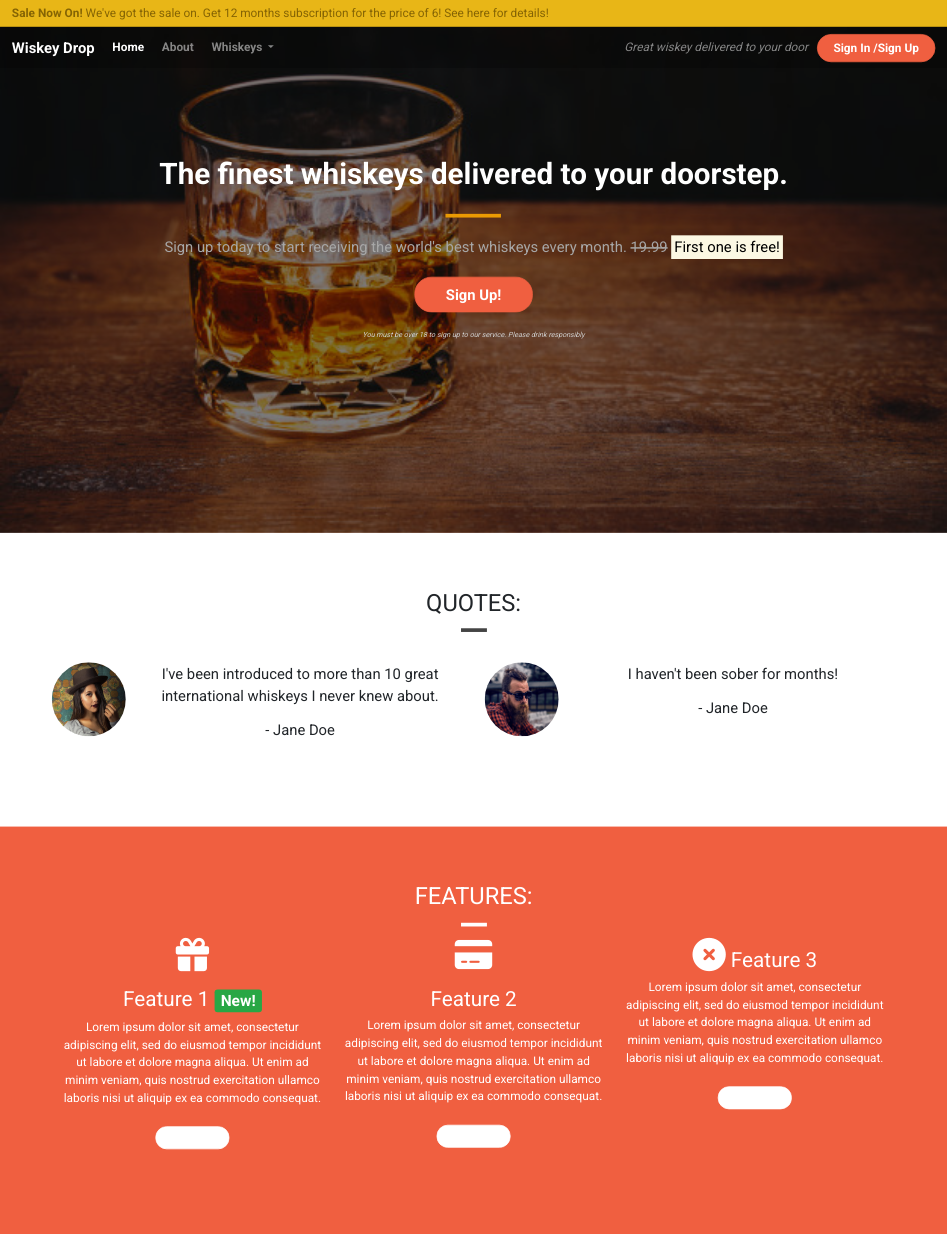
Repository: manub7/bootstrap4-mobile-first
Page: index.html
The author's editor kept a record of every edit. The page is drawn from the files as they stood at one moment, then again after the next edit.
The browser window is 1280 px wide. The pictures show the whole page, at 74% of full size.
Backgrounds fixed to the window are drawn as part of the page. Some web libraries are served in a nearby version.

Above is the page before.

### index.html
<!DOCTYPE html>
<html lang="en-us">

<head>
    <meta charset="utf-8">
    <meta name="viewport" content="width=device-width, initial-scale=1.0">
    <title>Whiskey Drop | Taste a new whiskey every month</title>
    <link rel="stylesheet" href="https://maxcdn.bootstrapcdn.com/bootstrap/4.1.3/css/bootstrap.min.css">
    <link rel="stylesheet" href="https://stackpath.bootstrapcdn.com/bootstrap/4.4.1/css/bootstrap.min.css" integrity="sha384-Vkoo8x4CGsO3+Hhxv8T/Q5PaXtkKtu6ug5TOeNV6gBiFeWPGFN9MuhOf23Q9Ifjh" crossorigin="anonymous">
    <script src="https://kit.fontawesome.com/0c0aa31012.js" crossorigin="anonymous"></script>
    <link href="https://fonts.googleapis.com/css?family=Roboto:400,700&display=swap" rel="stylesheet">
    <link rel="stylesheet" href="css/style.css" type="text/css" />
</head>

<body>
    <div class="container-fluid navalert-container">

        <div class="container-fluid alert-container">
            <div class=" row d-none d-sm-block">
                <div class="col-12">
                    <div class="site-wide-alert alert alert-warning">
                        <strong>Sale Now On!</strong> We've got the sale on. Get 12 months subscription for the price of 6!
                        <a ref="">See here for details!</a>
                    </div>
                </div>
            </div>
        </div>
        <nav class="navbar navbar-dark  navbar-expand-sm ">

            <a href="/" class="navbar-brand">Wiskey Drop</a>
            <button class="navbar-toggler ml-auto" type="button" data-toggle="collapse" data-target="#navbarNavDropdown" aria-controls="navbarNavDropdown" aria-expanded="false" aria-label="Toggle navigation">
        <span class="navbar-toggler-icon"></span></button>

            <div class="collapse navbar-collapse" id="navbarNavDropdown">
                <ul class="navbar-nav mr-auto">
                    <li class="active nav-item mr-2"><a class="nav-link" href="/">Home</a></li>
                    <li class="nav-item mr-2"><a class="nav-link" href="/about">About</a></li>
                    <li class="nav-item dropdown">
                        <a class="nav-link dropdown-toggle" href="#" id="navbarDropdownMenuLink" role="button" data-toggle="dropdown" aria-haspopup="true" aria-expanded="false">
            Whiskeys
        </a>
                        <div class="dropdown-menu" aria-labelledby="navbarDropdownMenuLink">
                            <a class="dropdown-item" href="#">Irish</a>
                            <a class="dropdown-item" href="#">Scotch</a>
                            <a class="dropdown-item" href="#">Japanese</a>
                            <a class="dropdown-item" href="#">American</a>
                        </div>
                    </li>

                    <li class="nav-item mr-2 d-block d-sm-none"><a class="nav-link" href="">Sign In / Sign Up</a></li>
                </ul>
            </div>

            <div class="d-none d-md-block">
                <p class="navbar-text my-auto mr-2"><i>Great wiskey delivered to your door</i></p>
                <a href="/login" class="btn btn--cta btn--red">Sign In /Sign Up</a>

            </div>

        </nav>
    </div>

    <!-- Callout -->
    <div class="container-fluid callout-container">
        <div class="opaque-overlay">&nbsp;</div>
        <div class="row">
            <div class="col-12">
                <section class="callout jumbotron text-center">
                    <h1 class="jumbotron-header">The finest whiskeys delivered to your doorstep.</h1>
                    <hr class="block-divider block-divider--orange">
                    <p class="lead">Sign up today to start receiving the world's best whiskeys every month.
                        <s class="d-none d-sm-inline">19.99</s>
                        <span class="d-inline d-sm-none"><br></span>
                        <strong><mark> First one is free!</mark></strong></p>
                    <p><button class="btn btn-lg btn--cta btn--red" data-toggle="modal" data-target="#signUpModal">Sign Up!</button></p>
                    <p class="text-muted"><small> You must be over 18 to sign up to our service. Please drink responsibly </small></p>
                </section>
            </div>
        </div>
    </div>
    <!-- /.callout -->
    </div>

    <!-- Quotes -->
    <div class="container-wraper">
        <div class="container container-quotes content-container">
            <section class="quotes">
                <div class="row">
                    <div class="col-12 page-header">
                        <h2 class="text-uppercase">Quotes:</h2>
                        <hr class=" block-divider block-divider--short " </div>
                    </div>
                    <div class="row">
                        <div class="col-12 col-md-6 page-header">
                            <div class="media">
                                <div class="d-none d-sm-block">
                                    <img src="images/girl-image.png" class="rounded-circle  mr-3" height=100 width=100>
                                </div>
                                <div class="media-body">
                                    <blockquote class="blockquote">
                                        <p>I've been introduced to more than 10 great international whiskeys I never knew about.</p>
                                        <p>- Jane Doe</p>
                                    </blockquote>
                                </div>
                            </div>
                        </div>

                        <div class="col-12 col-md-6 page-header">
                            <div class="media">
                                <div class="d-none d-sm-block">
                                    <img src="images/guy-image.png" class="rounded-circle mr-3" height=100 width=100>
                                </div>
                                <div class="media-body">
                                    <blockquote class="blockquote">
                                        <p>I haven't been sober for months!</p>
                                        <p>- Jane Doe</p>
                                        </blockquotes>
                                </div>
                            </div>
                        </div>
                    </div>
            </section>
            </div>
        </div>
        <!-- /.quotes -->


        <!-- Features -->
        <div class=" container-wrapper container-wrapper--red">
            <div class="container features-container content-container">
                <section class="features">
                    <div class="row">
                        <div class="col-12 page-header">
                            <h2 class="text-uppercase">Features:</h2>
                            <hr class="block-divider block-divider--short block-divider--white">
                        </div>
                    </div>

                    <div class="row">
                        <div class="col-12 col-md-6 col-lg-4 page-header">
                            <div class="feature">
                                <h3><i class="fas fa-gift d-none d-sm-block"></i> Feature 1 <span class="badge badge-success">New!</span></h3>
                                <p>Lorem ipsum dolor sit amet, consectetur adipiscing elit, sed do eiusmod tempor incididunt ut labore et dolore magna aliqua. Ut enim ad minim veniam, quis nostrud exercitation ullamco laboris nisi ut aliquip ex ea commodo
                                    consequat.
                                </p>
                                <p><a class="btn btn-sm btn-light">Read mored</a></p>
                            </div>
                        </div>


                        <div class="col-12 col-md-6 col-lg-4 page-header">
                            <div class="feature">
                                <h3><i class="fas fa-credit-card d-none d-sm-block"></i> Feature 2</h3>
                                <p>Lorem ipsum dolor sit amet, consectetur adipiscing elit, sed do eiusmod tempor incididunt ut labore et dolore magna aliqua. Ut enim ad minim veniam, quis nostrud exercitation ullamco laboris nisi ut aliquip ex ea commodo
                                    consequat.
                                </p>
                                <p><a class="btn btn-sm btn-light">Read mored</a></p>
                            </div>
                        </div>


                        <div class="col-12 d-md-none d-lg-block col-lg-4 page-header">
                            <div class="feature">
                                <h3><i class="fas fa-times-circle d-none d-sm-inline"></i> Feature 3</h3>
                                <p>Lorem ipsum dolor sit amet, consectetur adipiscing elit, sed do eiusmod tempor incididunt ut labore et dolore magna aliqua. Ut enim ad minim veniam, quis nostrud exercitation ullamco laboris nisi ut aliquip ex ea commodo
                                    consequat.
                                </p>
                                <p><a class="btn btn-sm btn-light">Read mored</a></p>
                            </div>
                        </div>
                    </div>
                </div>
              </section>
        </div>
    </div>
    <!-- /.features -->

    <!-- /Modla dialog -->

    <div class="modal" tabindex="-1" role="dialog" id="signUpModal">
        <div class="modal-dialog" role="document">
            <div class="modal-content">
                <div class="modal-header">
                    <h5 class="modal-title">Sign Up To Whiskey Drop!</h5>
                    <button type="button" class="close" data-dismiss="modal" aria-label="Close">
          <span aria-hidden="true">&times;</span>
        </button>
                </div>
                <div class="modal-body">
                    <form>
                        <div class="form-group">
                            <label for="exampleInputEmail1">Email address</label>
                            <input type="email" class="form-control" id="exampleInputEmail1" aria-describedby="emailHelp" placeholder="Enter email">
                            <small id="emailHelp" class="form-text text-muted">We'll never share your email with anyone else.</small>
                        </div>
                        <div class="form-group">
                            <label for="password">Password</label>
                            <input type="password" class="form-control" id="password" placeholder="Password">
                        </div>
                        <div class="form-group">
                            <label for="repeatPassword">Repeat Password</label>
                            <input type="password" class="form-control" id="repeatPassword" placeholder="Repeat Password">
                        </div>
                        <button type="submit" class="btn btn-success">Submit</button>
                    </form>
                </div>
            </div>
        </div>
    </div>


    <script src="https://code.jquery.com/jquery-3.4.1.slim.min.js" integrity="sha384-J6qa4849blE2+poT4WnyKhv5vZF5SrPo0iEjwBvKU7imGFAV0wwj1yYfoRSJoZ+n" crossorigin="anonymous"></script>
    <script src="https://cdn.jsdelivr.net/npm/popper.js@1.16.0/dist/umd/popper.min.js" integrity="sha384-Q6E9RHvbIyZFJoft+2mJbHaEWldlvI9IOYy5n3zV9zzTtmI3UksdQRVvoxMfooAo" crossorigin="anonymous"></script>
    <script src="https://stackpath.bootstrapcdn.com/bootstrap/4.4.1/js/bootstrap.min.js" integrity="sha384-wfSDF2E50Y2D1uUdj0O3uMBJnjuUD4Ih7YwaYd1iqfktj0Uod8GCExl3Og8ifwB6" crossorigin="anonymous"></script>
</body>

</html>

### css/style.css
body {
    font-family: 'Roboto', sans-serif;
}

.container-wrapper {

}
.container-wrapper--red{
    background-color:#f05f40;
    color: white;
}

.alert-container .col-12 {
    padding-left: 0;
    padding-right:0;
}

.site-wide-alert {
    border-radius:0;
    margin-bottom:0;
    padding:5px 15px;
    background-color: #e8b617;
    border-color: #e8b617;

}

.callout-container {
    height: 100vh;
    background: url(../images/wiskey-background.jpg) no-repeat bottom right fixed;
    -webkit-background-size: cover;
    -moz-background-size: cover;
    -o-background-size: cover;
    background-size: cover;

    display: flex;
    align-items:center;
    justify-content:center;
    position:relative;
}

.opaque-overlay {
    position: absolute;
    top: 0px;
    left: 0px;
    height: 100%;
    width:100%;
    background-color: rgba(0,0,0,0.5);
}

.quotes-container  {

}



.features-container {}

/* Page header*/

.page-header {
    margin-bottom: 0;
    border-bottom:0;
    text-align: center;
}
.page-header h2 {
    margin-bottom: 0;
}

.quotes .page-header {
    margin-bottom: 25px;
}

/*Block dividers */

.block-divider {
    width: 75px;
    height: 5px;
    border: 0;
    background-color: #444;

}

.block-divider--orange {
     background-color: #ea9a03;
}

.block-divider--white {
    background-color: white;
}

.block-divider--short {
    width: 35px;
}
/* Content container */

.content-container {
    padding-bottom: 75px;
    padding-top: 75px;
}

/* Navbar */

.navalert-container {
    position:absolute;
    top:0;
    left:0;
    padding-left: 0;
    padding-right: 0;
    z-index:1;
}

.navbar {
    margin-bottom: 0;
    border:0;
    width: 100%;
    background-color: rgba(0,0,0,0.25);
}

.navbar .navbar-toggler {
    border:0;
}

.navbar-brand {

    font-weight: bold;
}

.navbar .navbar-nav {
    font-weight: bold;
}

/*Jumbotron*/

.jumbotron {
    background-color: transparent;
}

.jumbotron h1 {

    color: white;
    font-weight: bold;
    margin-bottom: 30px;
    color: white;
}

.jumbotron .lead {
    margin-top: 0;
    margin-bottom: 1rem;
    color: #a7a7a7;
    margin: 25px 0;
}

.jumbotron small {
    font-size: 60%;
    font-style: italic;
    color: #d0d0d0;
}

/* Buttons */

.btn--cta {
    font-weight: bold;
    border-radius: 23px;
    width:160px;
}

.btn--red {
    color: white;
    background-color: #f05f40;
    border-color: #f05f40;

}

.btn--red:hover,
.btn--red:active,
.btn--red:focus,
.btn--red:active:focus {
    background-color: #df4929;
    border-color: #df4929;

}
.feature {
    text-align: center;
    margin-bottom: 40px;
}

.feature i{
    margin-bottom: 20px;
    font-size: 45px;
    font-height:45px;
}

.feature .btn {
    background-color: white;
    border-color: white;
    border-radius: 15px;
    min-width:100px;
    font-weight: bold;
    margin-top:10px;
    color:#f05f40;
}

After the next edit:
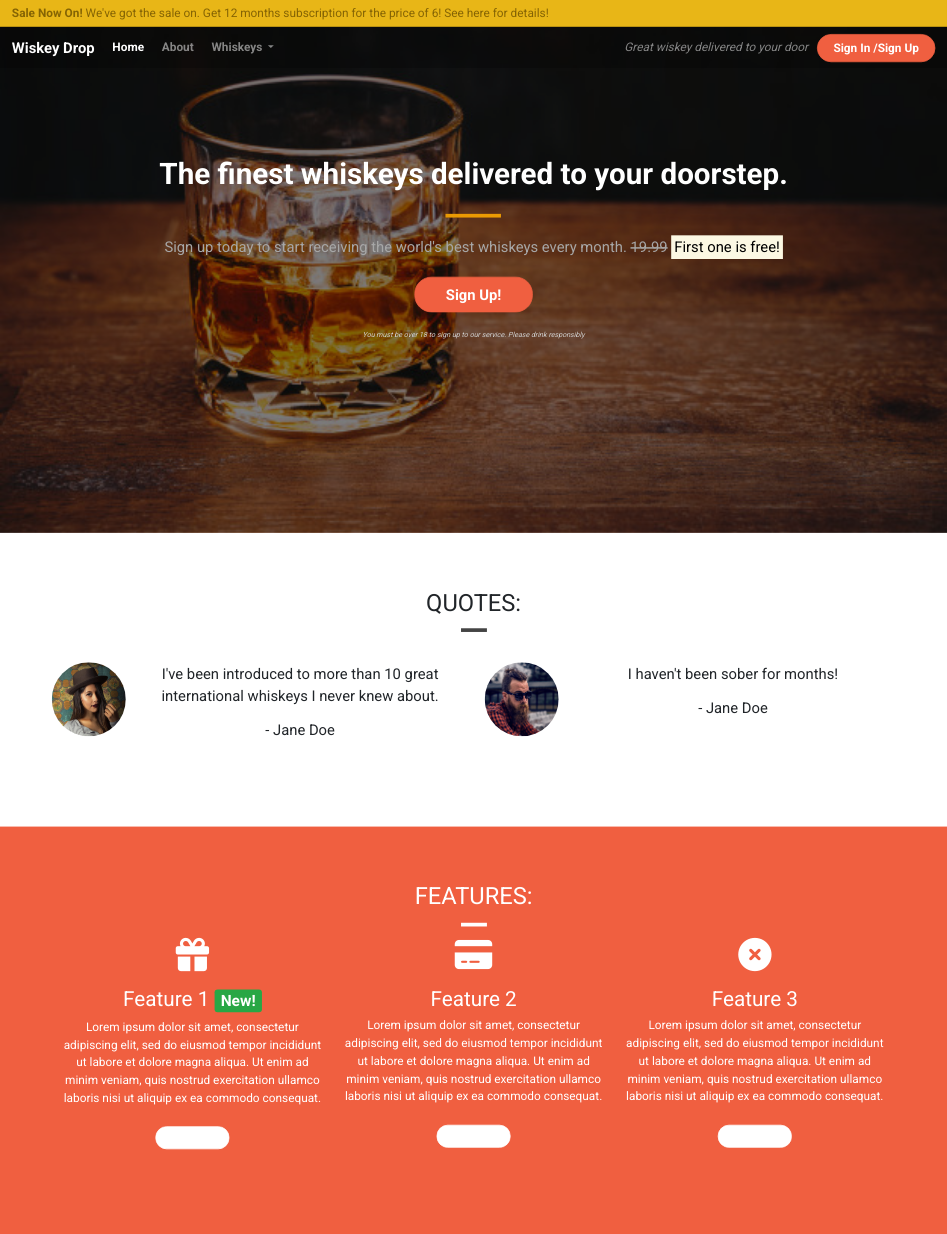
The edit:
--- a/index.html
+++ b/index.html
@@ -161,7 +161,7 @@
 
                         <div class="col-12 d-md-none d-lg-block col-lg-4 page-header">
                             <div class="feature">
-                                <h3><i class="fas fa-times-circle d-none d-sm-inline"></i> Feature 3</h3>
+                                <h3><i class="fas fa-times-circle d-none d-sm-block"></i> Feature 3</h3>
                                 <p>Lorem ipsum dolor sit amet, consectetur adipiscing elit, sed do eiusmod tempor incididunt ut labore et dolore magna aliqua. Ut enim ad minim veniam, quis nostrud exercitation ullamco laboris nisi ut aliquip ex ea commodo
                                     consequat.
                                 </p>
